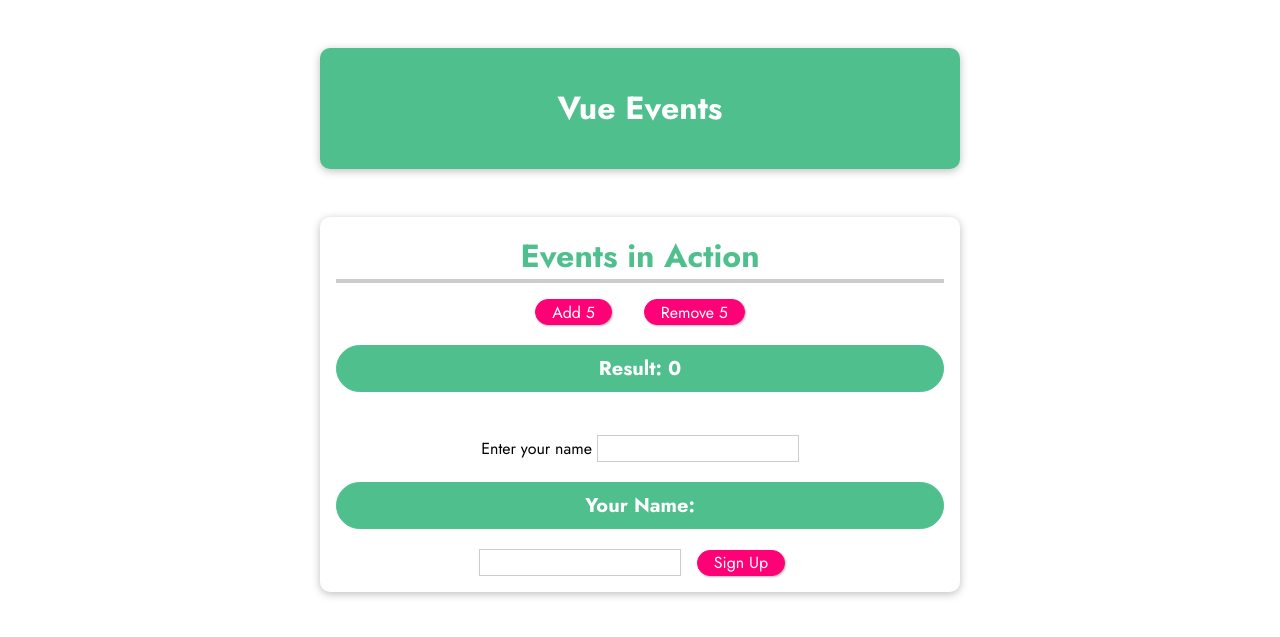
Repository: zmarkoni/Vue-The-Complete-Guide
Page: basics-03-events-starting-code/index.html
The author's editor kept a copy of each file at every save. The page is drawn from the files as they stood at one save, then again after the next save.
The browser window is 1280 px wide. The pictures show the whole page.

Above is the page before, as saved 2020-12-30 09:48:40.

After the next save:
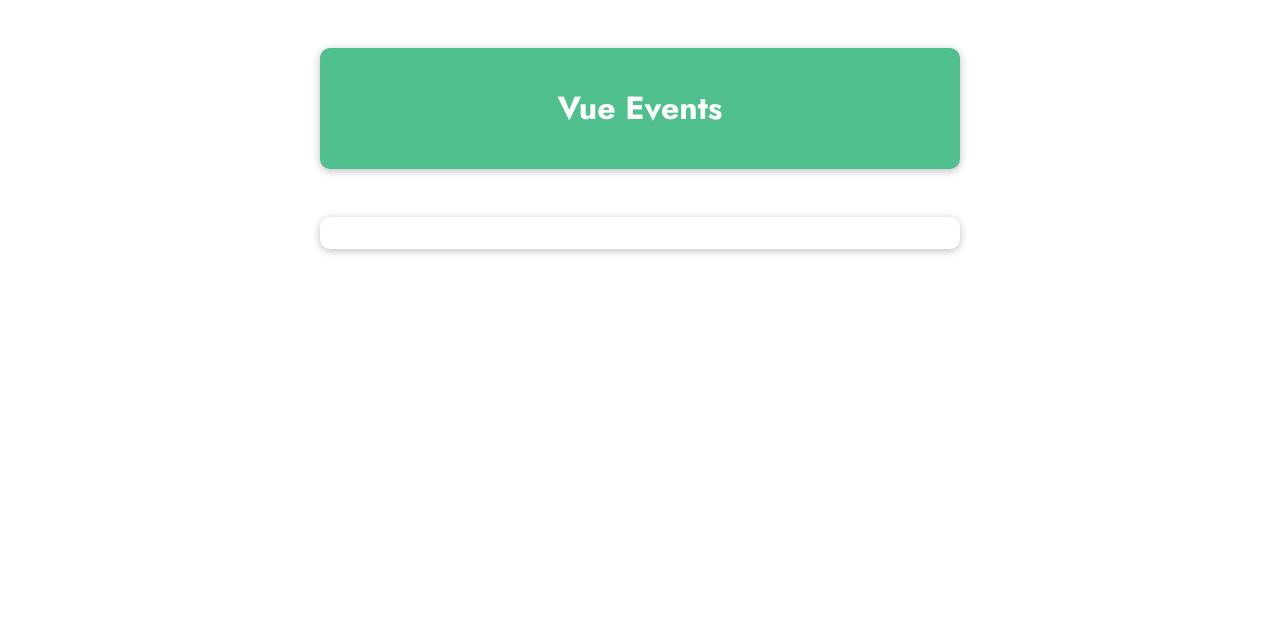
Console error: SyntaxError: Unexpected token ','
Saved 2 min 13 s later.
--- a/basics-03-events-starting-code/index.html
+++ b/basics-03-events-starting-code/index.html
@@ -28,7 +28,7 @@
       <label for="name">Enter your name </label>
       <input id="name" type="text" v-on:input="setName($event, 'Markovic')">
       <p>Your Name: {{ name }}</p>
-      <form>
+      <form v-on>
         <input type="text">
         <button>Sign Up</button>
       </form>

After the 5 saves that followed:
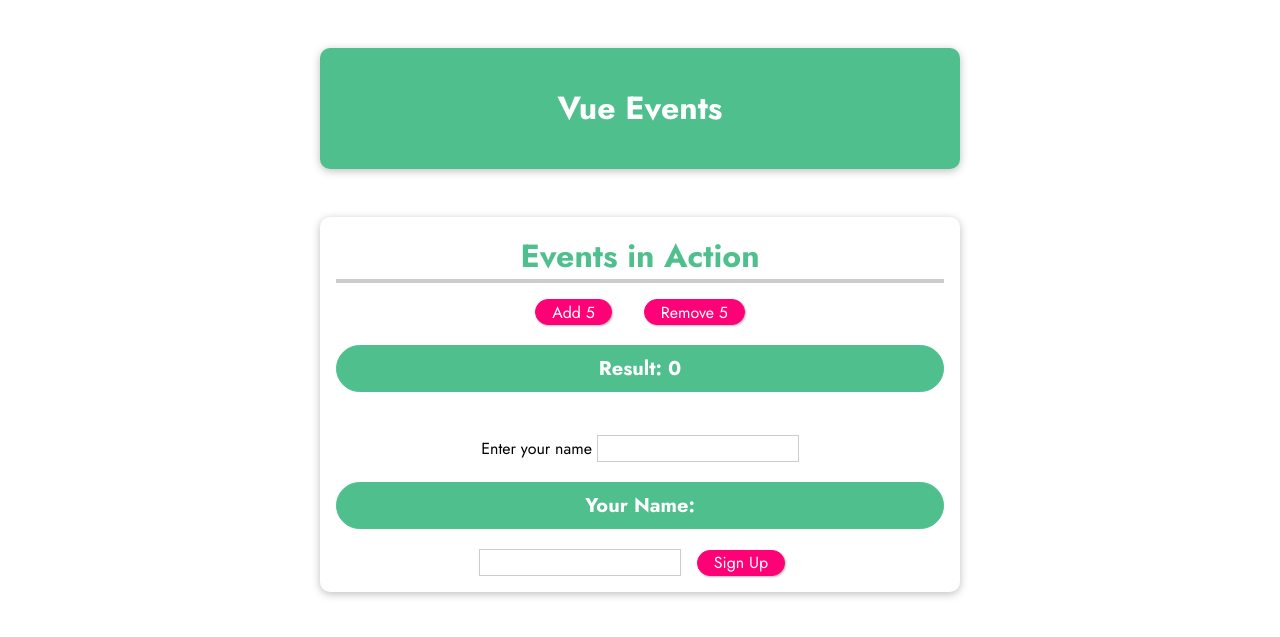
The error is gone.
The 5 saves are shown as one change because they came seconds apart.
The last was saved 15 s later.
--- a/basics-03-events-starting-code/index.html
+++ b/basics-03-events-starting-code/index.html
@@ -28,7 +28,7 @@
       <label for="name">Enter your name </label>
       <input id="name" type="text" v-on:input="setName($event, 'Markovic')">
       <p>Your Name: {{ name }}</p>
-      <form v-on>
+      <form v-on:submit.prevent="submitForm">
         <input type="text">
         <button>Sign Up</button>
       </form>
